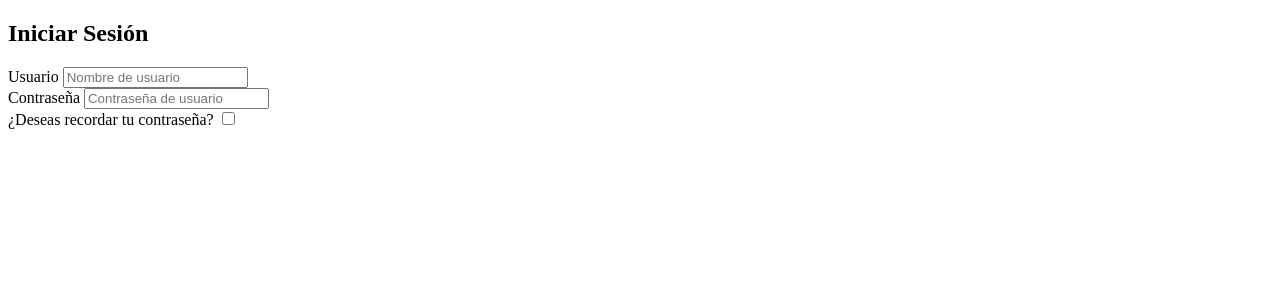
Repository: taborracho/Formulario
Page: index.html
An editor plug-in stored every save of this project. The page is shown before and after the next save, followed by the edit.
The browser window is 1280 px wide. The pictures show the whole page.

Above is the page before, as saved 2021-07-14 19:06:06.

After the next save:
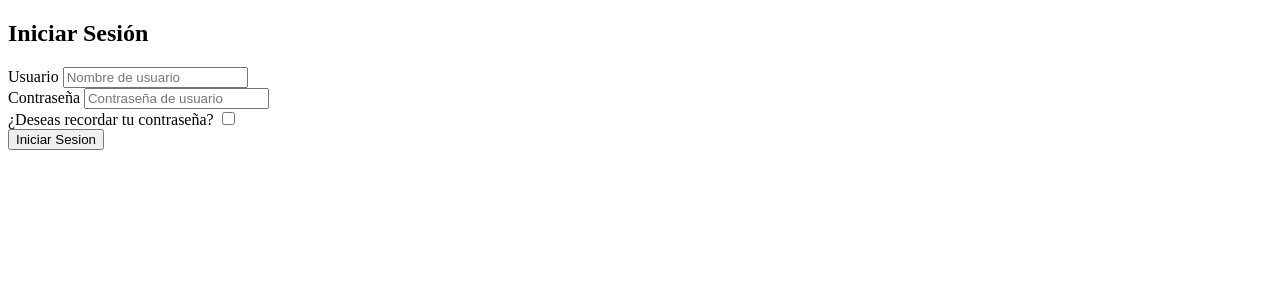
Saved 13 min 24 s later.
--- a/index.html
+++ b/index.html
@@ -1,45 +1,49 @@
 <!DOCTYPE html>
 <html lang="es">
-<head>
-    <meta charset="UTF-8">
-    <meta http-equiv="X-UA-Compatible" content="IE=edge">
-    <meta name="viewport" content="width=device-width, initial-scale=1.0">
+  <head>
+    <meta charset="UTF-8" />
+    <meta http-equiv="X-UA-Compatible" content="IE=edge" />
+    <meta name="viewport" content="width=device-width, initial-scale=1.0" />
     <title>Iniciar Sesion</title>
 
     <!-- Estilos CSS -->
-</head>
-<body>
-
+  </head>
+  <body>
     <!-- Seccion login -->
     <section class="screen-form">
-        <!-- Contenedor del formulario -->
-        <div class="bg-white form-container">
+      <!-- Contenedor del formulario -->
+      <div class="bg-white form-container">
+        <form action="" method="POST" >
+          <!-- Contenedor del titulo -->
+          <div>
+            <h1>Iniciar Sesi&oacute;n</h1>
+          </div>
 
-            <!-- Contenedor del titulo -->
-            <div>
-                <h1> Iniciar Sesi&oacute;n</h1>
-            </div>
+          <!-- Inputs de inicio de sesion-->
+          <div>
+            <label for="usuario">Usuario</label>
+            <input type="text" id="usuario" placeholder="Nombre de usuario" />
+          </div>
 
-            <!-- Inputs de inicio de sesion-->
-            <div>
-                <label for="usuario">Usuario</label>
-                <input type="text" id="usuario" placeholder="Nombre de usuario">
-            </div>
+          <div>
+            <label for="password">Contraseña</label>
+            <input
+              type="password"
+              id="password"
+              placeholder="Contraseña de usuario"
+            />
+          </div>
 
-            <div>
-                <label for="password">Contraseña</label>
-                <input type="password" id="password" placeholder="Contraseña de usuario">
-            </div>
+          <div>
+            <label for="check">¿Deseas recordar tu contraseña?</label>
+            <input type="checkbox" id="check" />
+          </div>
 
-            <div>
-                <label for="check">¿Deseas recordar tu contraseña?</label>
-                <input type="checkbox" id="check">
-            </div>
-
-
-        </div>
-
+          <div>
+              <button type="submit">Iniciar Sesion</button>
+          </div>
+        </form>
+      </div>
     </section>
-
-</body>
+  </body>
 </html>
